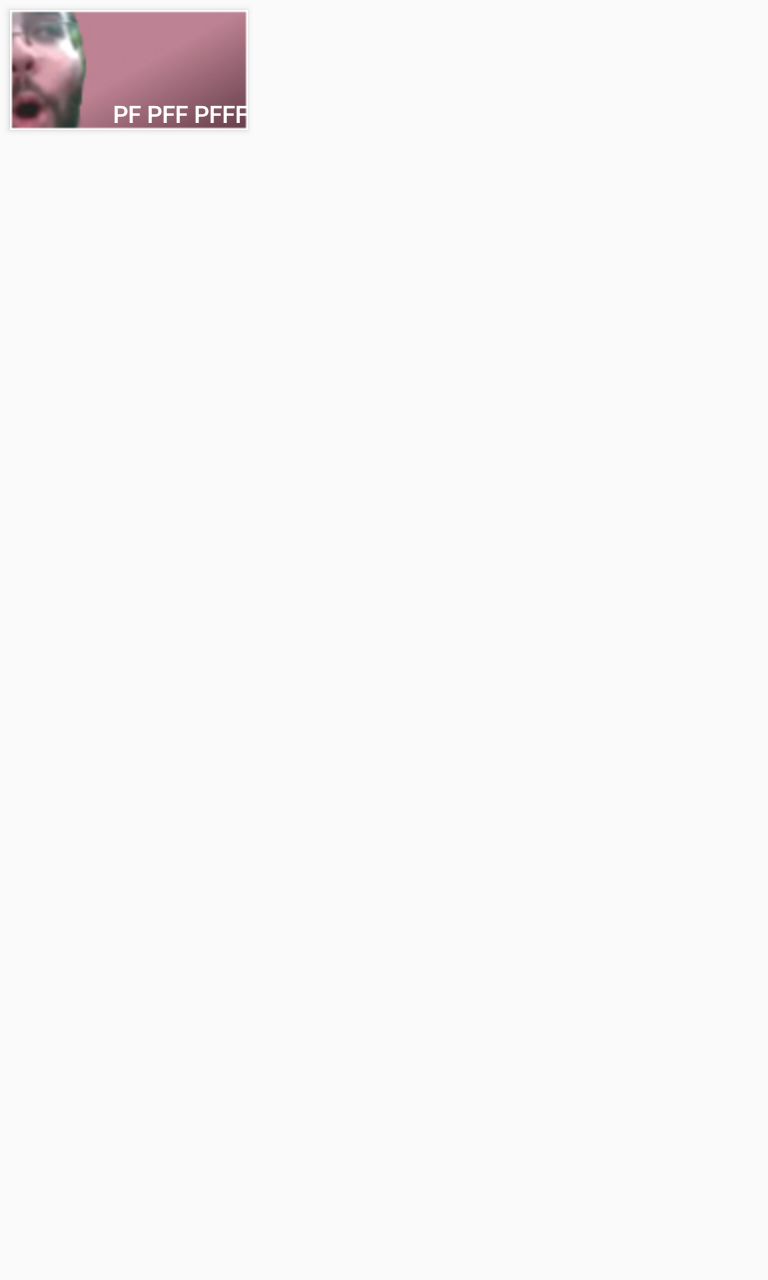
Repository: Cookahn/bioca_sounds
Layout: ChicoBiocaApp/res/layout/button_item.xml
The author's editor kept a copy of each file at every save. The layout is drawn from the files as they stood at one save, then again after the next save.
It is drawn on a 768 x 1280 px phone screen (xhdpi) without system bars, with theme AppTheme; the app's code is not run.

Above is the layout before, as saved 2014-08-12 20:35:12.

### ChicoBiocaApp/res/layout/button_item.xml
<?xml version="1.0" encoding="utf-8"?>
<LinearLayout xmlns:android="http://schemas.android.com/apk/res/android"
    android:layout_width="match_parent"
    android:layout_height="match_parent"
    android:orientation="vertical" >

        <Button
            android:layout_width="wrap_content"
            android:layout_height="wrap_content"
            android:layout_margin="5dp"
            android:background="@drawable/button_song"
            android:gravity="bottom|right"
            android:text="@string/pff_pff_pff"
            android:textColor="#fff"
            android:textSize="12sp" />

</LinearLayout>

### ChicoBiocaApp/res/values/strings.xml
<?xml version="1.0" encoding="utf-8"?>
<resources>

    <string name="app_name">Chico Bioca Remix</string>
    <string name="are_you_ready">Está preparado para a melhor TRANSA da sua Vida?</string>
    <string name="action_settings">Settings</string>
    <string name="i_want_to_fuck">Quero Transá</string>
    <string name="suck_an_ass_and_pa">Chupe uns C# e Pá</string>

    <!-- Bioca phrases -->
    <string name="i_want_to_know">Eu quero sabê</string>
    <string name="who_fuck">Quem é que transa</string>
    <string name="who_fuck_in_this_shit">Quem transa nessa porra</string>
    <string name="gluu">Gluuu</string>
    <string name="glooe">Gloooe</string>
    <string name="anal_sex">Sexo Anal</string>
    <string name="lh_smack">Lhlhlh smack</string>
    <string name="suck_an_ass">Chupá um cú</string>
    <string name="pa_and">Pá e sei que lá</string>
    <string name="have_sex">Transá mesmo</string>
    <string name="fuck_vagina">Comer vagina</string>
    <string name="everything">Tudo mais</string>
    <string name="i_dont_wanna_know">Quero nem saber nesse caraio</string>
    <string name="in_this_shit">Nessa porra</string>
    <string name="cool_tocacco">Um tabaco bem massa</string>
    <string name="for_us">Pra gente</string>
    <string name="pff">Pff</string>
    <string name="pff_pff">Pff Pfff</string>
    <string name="pff_pff_pff">Pf Pff Pfff</string>
    <string name="fuck_until">Fudê até o talo</string>
    <string name="aoe">Aeaoeaoeeae</string>

    <string-array name="phraseBioca">
        <item name="i_want_to_know">Eu quero sabê</item>
        <item name="who_fuck">Quem é que transa</item>
        <item name="who_fuck_in_this_shit">Quem transa nessa porra</item>
        <item name="gluu">Gluuu</item>
        <item name="glooe">Gloooe</item>
        <item name="anal_sex">Sexo Anal</item>
        <item name="lh_smack">Lhlhlh smack</item>
        <item name="suck_an_ass">Chupá um cú</item>
        <item name="pa_and">Pá e sei que lá</item>
        <item name="have_sex">Transá mesmo</item>
        <item name="fuck_vagina">Comer vagina</item>
        <item name="everything">Tudo mais</item>
        <item name="i_dont_wanna_know">Quero nem saber nesse caraio</item>
        <item name="in_this_shit">Nessa porra</item>
        <item name="cool_tocacco">Um tabaco bem massa</item>
        <item name="for_us">Pra gente</item>
        <item name="pff">Pff</item>
   	    <item name="pff_pff">Pff Pfff</item>
        <item name="pff_pff_pff">Pf Pff Pfff</item>
        <item name="fuck_until">Fudê até o talo</item>
        <item name="aoe">Aeaoeaoeeae</item>
    </string-array>

</resources>

Loaded but not shown: ChicoBiocaApp/res/values/styles.xml (common file); ChicoBiocaApp/res/values-v11/styles.xml (common file); ChicoBiocaApp/res/values-v14/styles.xml (common file)

After the next save:
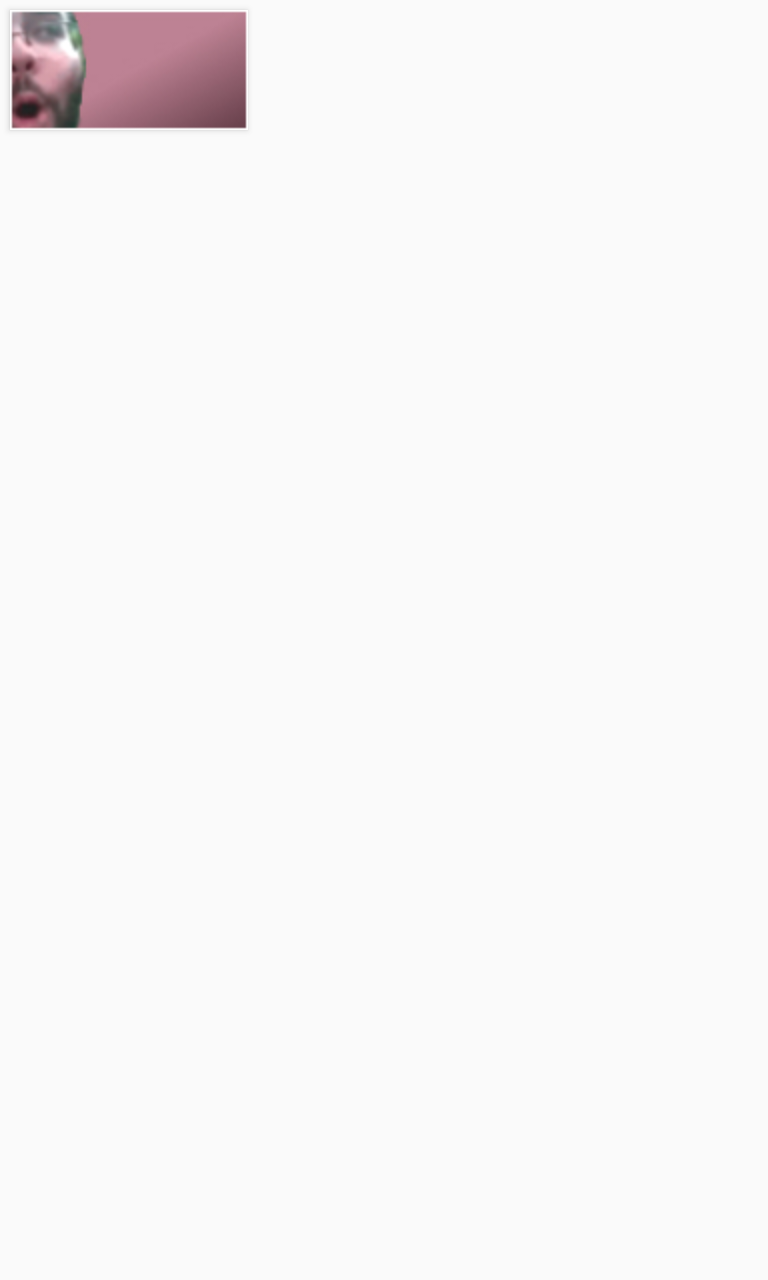
Saved 33 s later.
--- a/ChicoBiocaApp/res/layout/button_item.xml
+++ b/ChicoBiocaApp/res/layout/button_item.xml
@@ -10,7 +10,6 @@
             android:layout_margin="5dp"
             android:background="@drawable/button_song"
             android:gravity="bottom|right"
-            android:text="@string/pff_pff_pff"
             android:textColor="#fff"
             android:textSize="12sp" />
 
